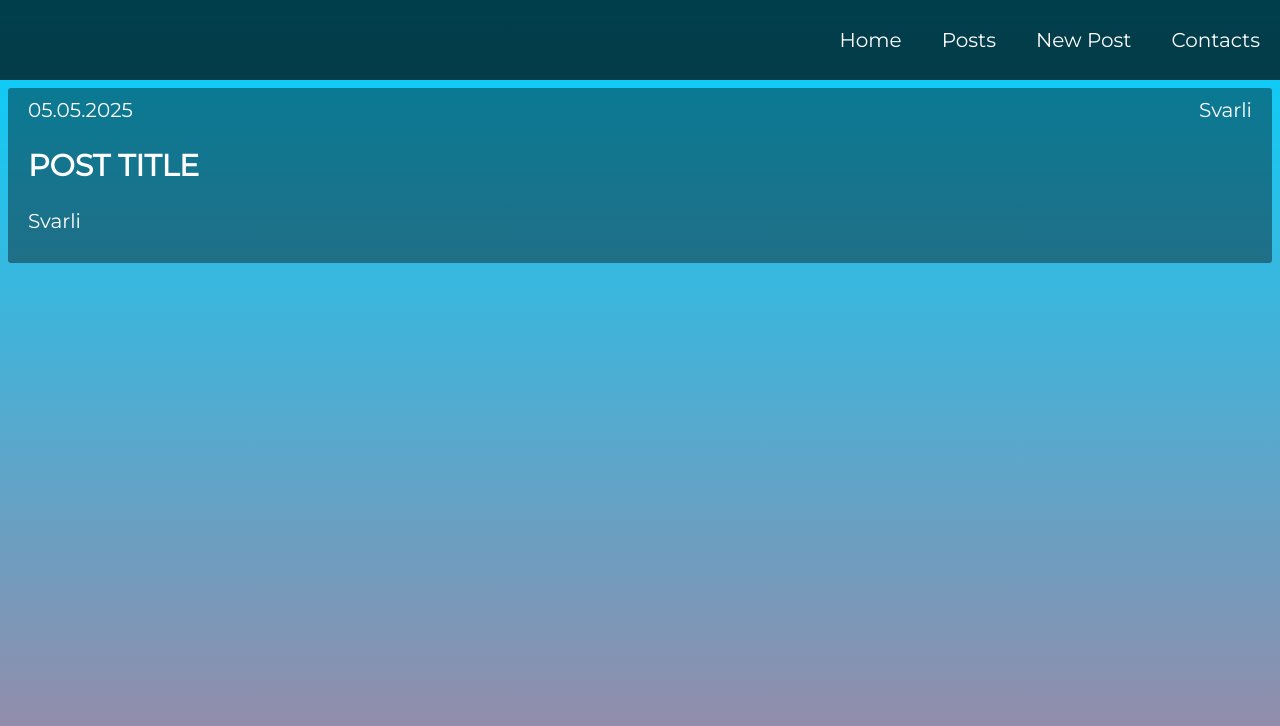
Repository: EgorSherstnev/https---github.com-EgorSherstnev-Node_FirstProject
Page: http://localhost/posts/1
These files come from the project's save history. The page is drawn as it stood at one moment and after the next save; the edit follows.
The browser window is 1280 px wide. The pictures show the whole page.
The page is served by the project's Node server (server.js).

Above is the page before, as saved 2023-03-13 21:13:42.

After the next save:
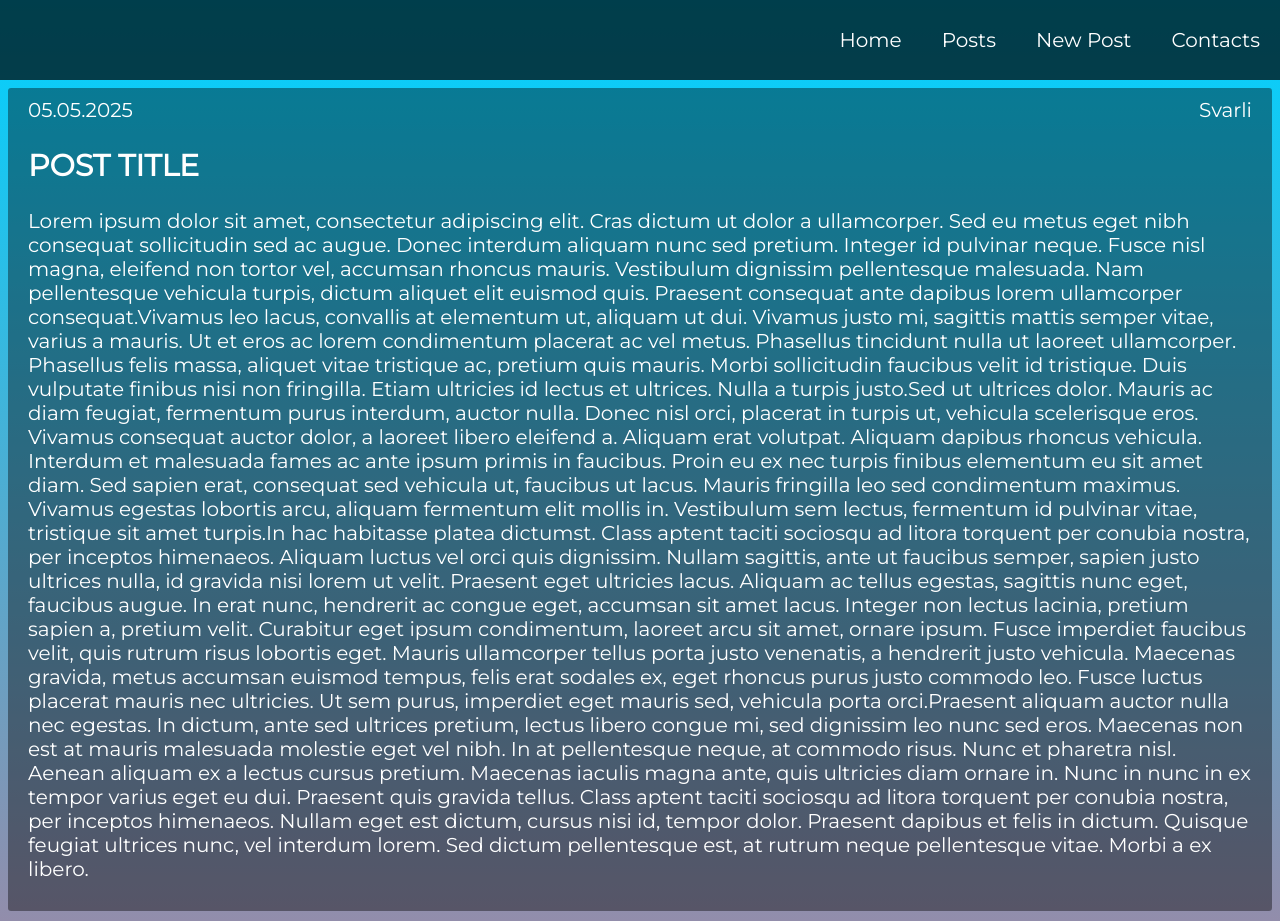
Saved 11 s later.
--- a/ejs-views/post.ejs
+++ b/ejs-views/post.ejs
@@ -10,7 +10,7 @@
     </div>
     <h1><%= post.title %></h1>
     <p>
-      <%= post.author %>
+      <%= post.text %>
     </p>
   </article>
 </body>
